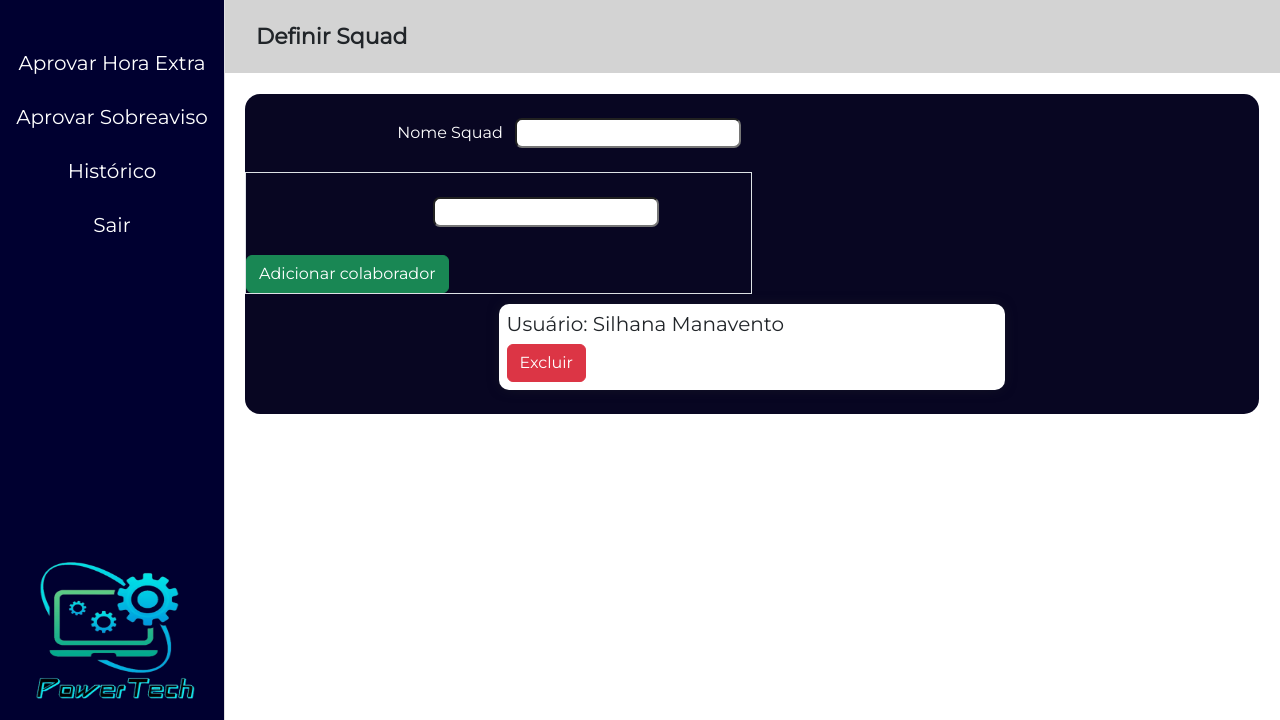
Repository: PowerTech-Fatec/API-2RP-NET
Page: /adm/squad (app in Sprint 3/2rp-web/)
These files come from the project's save history. The page is drawn as it stood at one moment and after the next save; the edit follows.
The browser window is 1280 px wide. The pictures show the whole page.
The project was rebuilt for these pictures with package versions that can differ from the ones it lists, and the page was loaded fresh each time. Also part of the build but not shown: Sprint 3/2rp-web/src/pages/login/login.js, Sprint 3/2rp-web/src/pages/home/dashboard.js, Sprint 3/2rp-web/src/pages/home/sobreaviso/sobreaviso.css, Sprint 3/2rp-web/src/pages/home/sobreaviso/sobreaviso.js, Sprint 3/2rp-web/src/pages/home/hora-extra/hora-extra.css, Sprint 3/2rp-web/src/pages/home/hora-extra/hora-extra.js, Sprint 3/2rp-web/src/components/cards/Cards.js, Sprint 3/2rp-web/src/pages/home/gestor/aprovar-hora-extra/gestor.js and 3 more.

Above is the page before, as saved 2022-11-02 16:27:09.

After the next save:
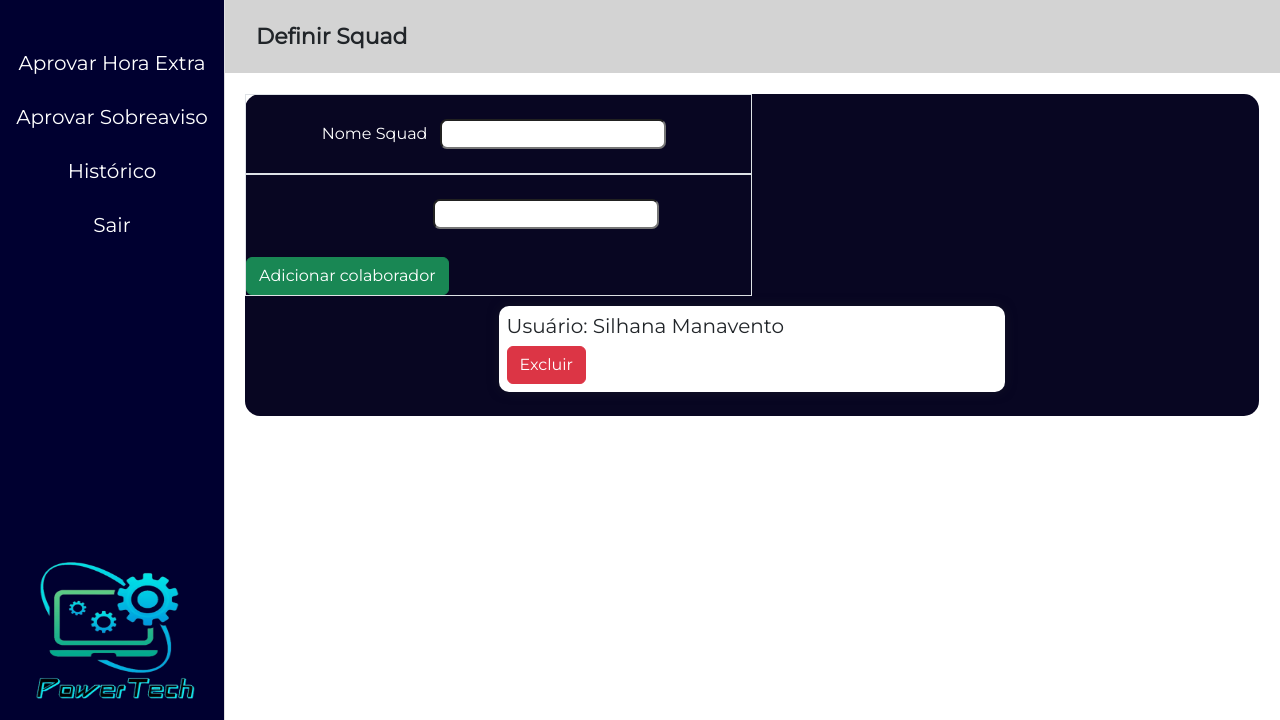
Saved 35 s later.
--- a/Sprint 3/2rp-web/src/pages/home/adm/squad/def-squad.js
+++ b/Sprint 3/2rp-web/src/pages/home/adm/squad/def-squad.js
@@ -15,9 +15,12 @@ function Squad() {
           <div className="background d-flex flex-column aling-itens-center">
 
             <div>
+            <div className="border col-6">
             <span className="soli">
             <label className="font">Nome Squad</label> <input className="squad-name mt-4 mb-4 ml-2"></input>
             </span>
+            </div>
+
 
             <div className="border col-6">
             <span className="filtroLabel">
